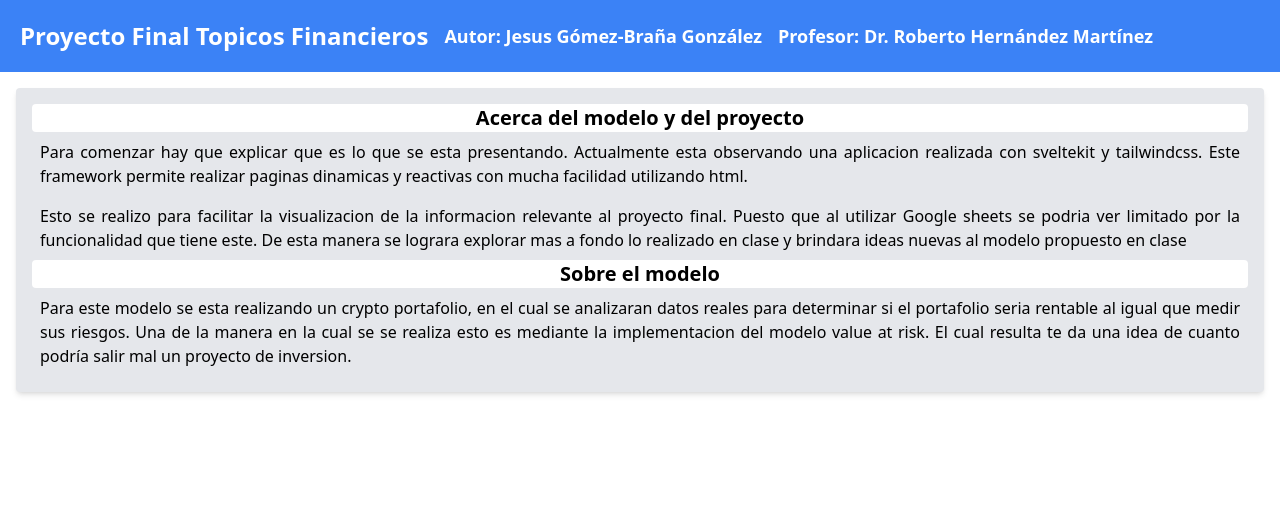
Repository: SistemaACT/Portafolio
Page: /
The author's editor kept a copy of each file at every save. The page is drawn from the files as they stood at one save, then again after the next save.
The browser window is 1280 px wide. The pictures show the whole page.
The page's requests for data from a server got no answer. The project was rebuilt for these pictures with package versions that can differ from the ones it lists, and the page was loaded fresh each time. The framework's server and built-in components were replaced by stand-ins that run in the browser. No one was signed in, and anything a server would have sent is missing. Also part of the build but not shown: svelte.config.js, vite.config.ts.

Above is the page before, as saved 2024-07-07 12:16:35.

### src/routes/+page.svelte
<script lang="ts">
    import { onMount } from "svelte";
    let coins:any;
    onMount(async () => {
      try {
        let res = await fetch("https://private-coingecko-api.vercel.app/API", {
          method: "POST",
          headers: {
            'x-api-key': "YOUR_VALID_API_KEY",
            "Content-Type": "application/json",
          },
          body: JSON.stringify({
            func: "get_coin_list",
            params: [],
          }),
        });
        coins = await res.json()
        console.log(coins);

      } catch (error) {
        console.error(error);
      }
    });
  </script>





<div class="w-full bg-blue-500 text-white p-5 text-2xl font-bold flex items-center  space-x-4 ">
    <h1>
        Proyecto Final Topicos Financieros
    </h1>
    <p class="text-lg">Autor: Jesus Gómez-Braña González</p>
    <p class="text-lg">Profesor: Dr. Roberto Hernández Martínez</p>

</div>

<div class="bg-gray-200 rounded p-4 flex flex-col items-center m-4 shadow-md">
    <h2 class="w-full bg-white rounded text-xl font-bold text-center">Acerca del modelo y del proyecto</h2>
    <p class="text-justify p-2">
        Para comenzar hay que explicar que es lo que se esta presentando. Actualmente
        esta observando una aplicacion realizada con sveltekit y tailwindcss. Este framework permite
        realizar paginas dinamicas y reactivas con mucha facilidad utilizando html.
    </p>
    <p class="text-justify p-2">
        Esto se realizo para facilitar la visualizacion de la informacion relevante al proyecto final.
        Puesto que al utilizar Google sheets se podria ver limitado por la funcionalidad que tiene este.
        De esta manera se lograra explorar mas a fondo lo realizado en clase y brindara ideas nuevas al modelo
        propuesto en clase
    </p>
    <h3 class="w-full bg-white rounded text-xl font-bold text-center">Sobre el modelo</h3>
    <p class="text-justify p-2">
        Para este modelo se esta realizando un crypto portafolio, en el cual se analizaran datos reales para
        determinar si el portafolio seria rentable al igual que medir sus riesgos. Una de la manera en la cual se
        se realiza esto es mediante la implementacion del modelo value at risk. El cual resulta te da una idea de cuanto podría salir mal un proyecto de inversion.
    </p>
</div>

<form class="w-full bg-black" >
<datalist class="border border-black" id="Selected_coin" >
{#if coins}
  {#each coins as coin }
    <option value={coin.id}>{coin.name}</option>
  {/each}
{/if}
</datalist>
</form>

Loaded but not shown: src/app.html (common file); src/routes/+layout.svelte (common file); src/app.css (common file); tailwind.config.js (common file)

After the next save:
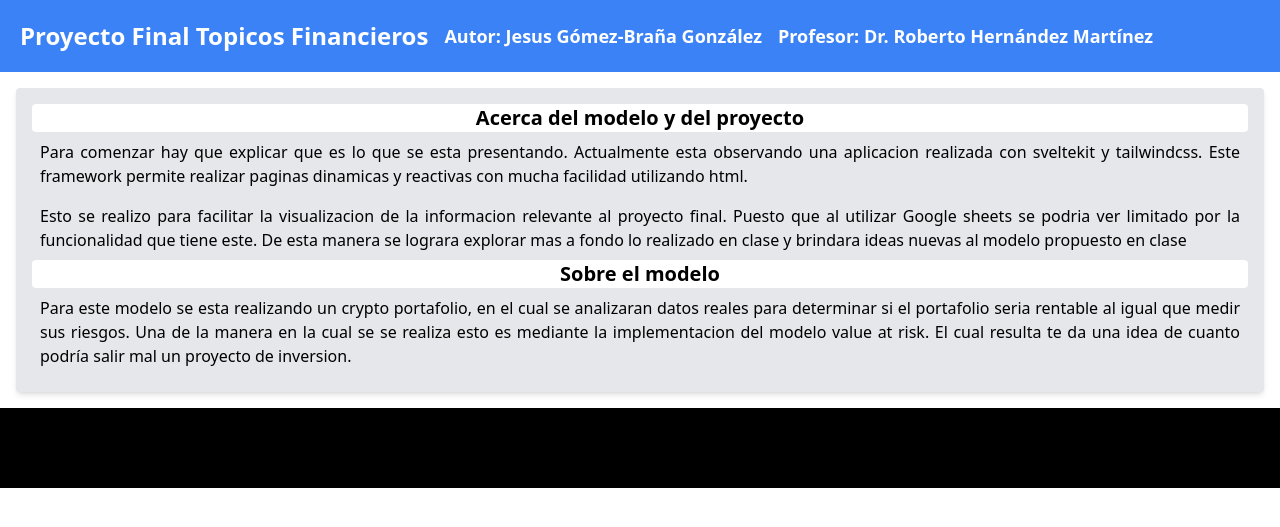
Saved 5 s later.
--- a/src/routes/+page.svelte
+++ b/src/routes/+page.svelte
@@ -57,7 +57,7 @@
     </p>
 </div>
 
-<form class="w-full bg-black" >
+<form class="w-full bg-black h-20" >
 <datalist class="border border-black" id="Selected_coin" >
 {#if coins}
   {#each coins as coin }
